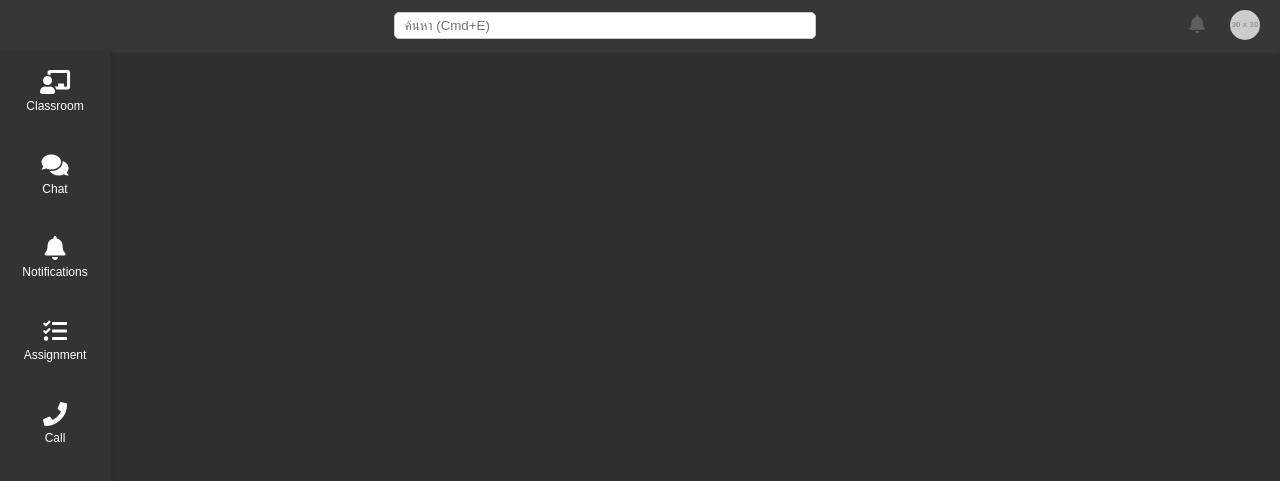
Repository: praifas16/ProPro
Page: docs/studenthead.html
These files come from the project's save history. The page is drawn as it stood at one moment and after the next save; the edit follows.
The browser window is 1280 px wide. The pictures show the whole page.

Above is the page before, as saved 2024-08-21 20:58:11.

### docs/studenthead.html
<!DOCTYPE html>
<html lang="th">
  <head>
    <link rel="stylesheet" href="https://cdnjs.cloudflare.com/ajax/libs/font-awesome/5.15.4/css/all.min.css">
    <meta charset="UTF-8" />
    <meta name="viewport" content="width=device-width, initial-scale=1.0" />
    <title>My Dashboard</title>
    <style>
      body {
        font-family: Arial, sans-serif;
        margin: 0;
        padding: 0;
        background-color: #2f2f2f;
        display: flex;
        flex-direction: column;
        height: 100vh;
      }

      /* แถบเมนูด้านบน */
      .topbar {
        background-color: #373737;
        padding: 10px 20px;
        display: flex;
        align-items: center;
        justify-content: space-between;
        box-shadow: 0px 2px 4px rgba(177, 177, 177, 0.1);
      }

      .topbar .search-bar {
        flex-grow: 1;
        display: flex;
        justify-content: center;
      }

      .topbar .search-bar input {
        width: 400px;
        padding: 5px 10px;
        border-radius: 5px;
        border: 1px solid #ccc;
        background-color: #fff;
        color: #333;
      }

      .topbar .user-section {
        display: flex;
        align-items: center;
      }

      .topbar .user-section img {
        width: 30px;
        height: 30px;
        border-radius: 50%;
        margin-left: 10px;
      }

      .topbar .user-section .notification {
        margin-right: 15px;
        position: relative;
        font-size: 18px;
        color: #5f5f5f;
        cursor: pointer;
      }

      /* เมนูแถบข้าง */
      .sidebar {
        width: 70px;
        background-color: #333;
        color: white;
        height: calc(100vh - 60px); /* Adjusted to take into account the topbar height */
        padding: 20px 20px;
        box-shadow: 2px 0 5px rgba(0, 0, 0, 0.1);
        display: flex;
        flex-direction: column;
        align-items: center;
      }

      .menu-items {
        margin-top: -10px; /* ขยับเมนูขึ้นไปด้านบน */
      }

      .sidebar a {
        display: flex;
        flex-direction: column;
        align-items: center;
        color: white;
        padding: 10px;
        text-decoration: none;
        margin-bottom: 20px;
        font-size: 12px;
        text-align: center;
      }

      .sidebar a:hover {
        background-color: #5f5f5f;
        border-radius: 4px;
        width: 80%;
        text-align: center;
      }

      .sidebar i {
        font-size: 24px;
        margin-bottom: 5px;
      }

      .card {
        background-color: #ffffff;
        border-radius: 10px;
        box-shadow: 0 4px 6px rgba(0, 0, 0, 0.1);
        text-align: center;
        padding: 20px;
        transition: transform 0.3s;
      }

      .card:hover {
        transform: scale(1.05);
      }

      .card img {
        width: 50px;
        height: 50px;
        margin-bottom: 10px;
      }

      .card p {
        margin: 0;
        font-size: 16px;
      }
    </style>
  </head>
  <body>
    <!-- แถบเมนูด้านบน -->
    <div class="topbar">
      <div class="search-bar">
        <input type="text" placeholder="ค้นหา (Cmd+E)" />
      </div>
      <div class="user-section">
        <div class="notification">
          <i class="fa fa-bell"></i>
        </div>
        <img src="https://via.placeholder.com/30" alt="User Avatar" />
      </div>
    </div>

    <!-- เมนูแถบข้าง -->
    <div class="sidebar">
      <div class="menu-items">
        <a href="#"
          ><i class="fa fa-chalkboard-teacher"></i><span>Classroom</span></a
        >
        <a href="#"><i class="fa fa-comments"></i><span>Chat</span></a>
        <a href="#"><i class="fa fa-bell"></i><span>Notifications</span></a>
        <a href="#"><i class="fa fa-tasks"></i><span>Assignment</span></a>
        <a href="#"><i class="fa fa-phone"></i><span>Call</span></a>
      </div>
    </div>
  </body>
</html>

After the next save:
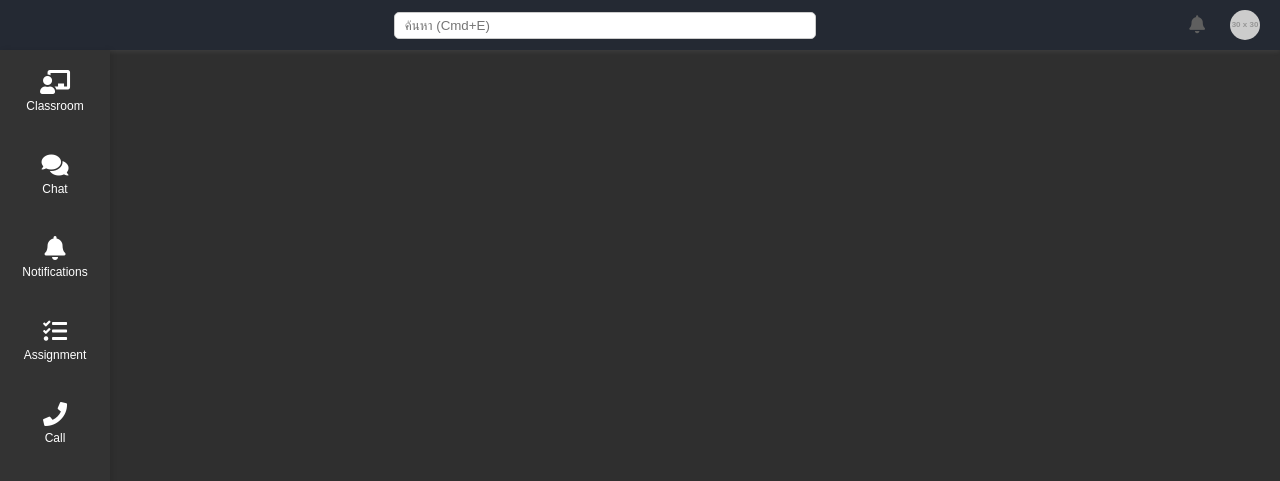
Saved 42 s later.
--- a/docs/studenthead.html
+++ b/docs/studenthead.html
@@ -18,7 +18,7 @@
 
       /* แถบเมนูด้านบน */
       .topbar {
-        background-color: #373737;
+        background-color: #242933;
         padding: 10px 20px;
         display: flex;
         align-items: center;
